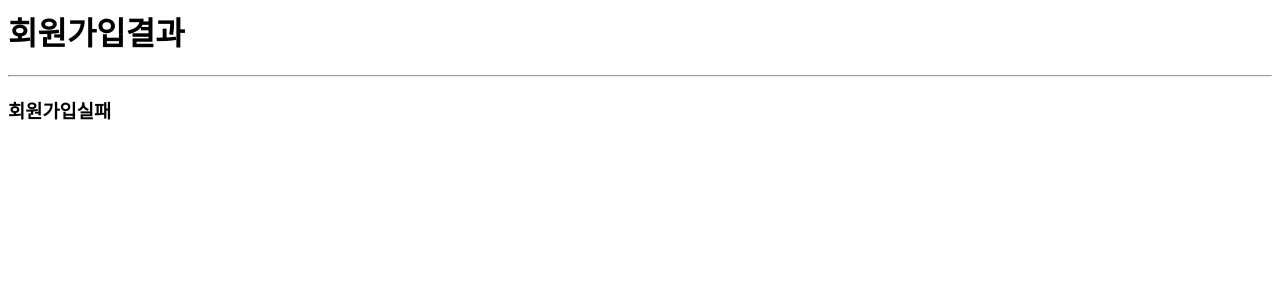
Repository: ParkHyeonju12/servlet
Page: http://localhost/03_dbProject/join.do
The author's editor kept a copy of each file at every save. The page is drawn from the files as they stood at one save, then again after the next save.
The browser window is 1280 px wide. The pictures show the whole page.
The page is served by Tomcat 9. Queries for data that is not in the repository find no rows.

Above is the page before, as saved 2022-08-30 02:06:17.

### web-workspace/03_dbProject/src/main/java/kr/or/iei/member/controller/JoinServlet.java
package kr.or.iei.member.controller;

import java.io.IOException;
import java.io.PrintWriter;

import javax.servlet.ServletException;
import javax.servlet.annotation.WebServlet;
import javax.servlet.http.HttpServlet;
import javax.servlet.http.HttpServletRequest;
import javax.servlet.http.HttpServletResponse;

import kr.or.iei.member.model.service.MemberService;
import kr.or.iei.member.model.vo.Member;

/**
 * Servlet implementation class JoinServlet
 */
@WebServlet(name = "Join", urlPatterns = { "/join.do" })
public class JoinServlet extends HttpServlet {
	private static final long serialVersionUID = 1L;

    /**
     * @see HttpServlet#HttpServlet()
     */
    public JoinServlet() {
        super();
        // TODO Auto-generated constructor stub
    }

	/**
	 * @see HttpServlet#doGet(HttpServletRequest request, HttpServletResponse response)
	 */
	protected void doGet(HttpServletRequest request, HttpServletResponse response) throws ServletException, IOException {
		//1.인코딩
		request.setCharacterEncoding("utf-8");
		//2. 값추출
		String memberId = request.getParameter("memberId");
		String memberPw = request.getParameter("memberPw");
		String memberName = request.getParameter("memberName");
		String memberPhone = request.getParameter("memberPhone");
		String memberAddr = request.getParameter("memberAddr");

		Member m = new Member();
		m.setMemberId(memberId);
		m.setMemberPw(memberPw);
		m.setMemberName(memberName);
		m.setMemberPhone(memberPhone);
		m.setMemberAddr(memberAddr);
		//3. 비지니스로직
		MemberService  service = new MemberService();
		int result = service.insertMember(m);
		//4. 결과처리
		response.setContentType("text/html;charset=utf-8");
		PrintWriter out = response.getWriter();
		out.println("<!DOCTYPE html");
		out.print("<html><head><title>회원가입결과</title></head>");
		out.print("<body>");
		out.print("<h1>회원가입결과</h1>");
		out.print("<hr>");
		if(result>0) {
			out.print("<h3>회원가입성공</h3>");
			out.print("<a href = '/html/loginFrm.html'>로그인하러가기</a>");
		}else {
			out.print("<h3>회원가입실패</h3>");
		}
		out.print("</body></html>");

	}

	/**
	 * @see HttpServlet#doPost(HttpServletRequest request, HttpServletResponse response)
	 */
	protected void doPost(HttpServletRequest request, HttpServletResponse response) throws ServletException, IOException {
		// TODO Auto-generated method stub
		doGet(request, response);
	}

}

### web-workspace/03_dbProject/src/main/java/kr/or/iei/member/model/vo/Member.java
package kr.or.iei.member.model.vo;

public class Member {
	private int memberNo;
	private String memberId;
	private String memberPw;
	private String memberName;
	private String memberPhone;
	private String memberAddr;

	private int memberLevel;
	private String enrollDate;

	public Member() {
		super();
		// TODO Auto-generated constructor stub
	}

	public Member(int memberNo, String memberId, String memberPw, String memberName, String memberPhone,
			String memberAddr, int memberLevel, String enrollDate) {
		super();
		this.memberNo = memberNo;
		this.memberId = memberId;
		this.memberPw = memberPw;
		this.memberName = memberName;
		this.memberPhone = memberPhone;
		this.memberAddr = memberAddr;
		this.memberLevel = memberLevel;
		this.enrollDate = enrollDate;
	}

	public int getMemberNo() {
		return memberNo;
	}

	public void setMemberNo(int memberNo) {
		this.memberNo = memberNo;
	}

	public String getMemberId() {
		return memberId;
	}

	public void setMemberId(String memberId) {
		this.memberId = memberId;
	}

	public String getMemberPw() {
		return memberPw;
	}

	public void setMemberPw(String memberPw) {
		this.memberPw = memberPw;
	}

	public String getMemberName() {
		return memberName;
	}

	public void setMemberName(String memberName) {
		this.memberName = memberName;
	}

	public String getMemberPhone() {
		return memberPhone;
	}

	public void setMemberPhone(String memberPhone) {
		this.memberPhone = memberPhone;
	}

	public String getMemberAddr() {
		return memberAddr;
	}

	public void setMemberAddr(String memberAddr) {
		this.memberAddr = memberAddr;
	}

	public int getMemberLevel() {
		return memberLevel;
	}

	public void setMemberLevel(int memberLevel) {
		this.memberLevel = memberLevel;
	}

	public String getEnrollDate() {
		return enrollDate;
	}

	public void setEnrollDate(String enrollDate) {
		this.enrollDate = enrollDate;
	}



}

### web-workspace/03_dbProject/src/main/java/kr/or/iei/member/model/service/MemberService.java
package kr.or.iei.member.model.service;

import java.sql.Connection;

import kr.or.iei.member.controller.JDBCTemplate;
import kr.or.iei.member.model.dao.MemberDao;
import kr.or.iei.member.model.vo.Member;

public class MemberService {
	private MemberDao dao;


	public MemberService() {
		super();
		dao = new MemberDao();
	}


	public int insertMember(Member m) {
		Connection conn = JDBCTemplate.getConnection();
		int result = dao.insertMember(conn,m);
		if(result>0) {
			JDBCTemplate.commit(conn);
		}else {
			JDBCTemplate.rollback(conn);
		}
		JDBCTemplate.close(conn);
		return result;
	}

}

### web-workspace/03_dbProject/src/main/java/kr/or/iei/member/model/dao/MemberDao.java
package kr.or.iei.member.model.dao;

import java.sql.Connection;
import java.sql.PreparedStatement;
import java.sql.SQLException;

import kr.or.iei.member.controller.JDBCTemplate;
import kr.or.iei.member.model.vo.Member;

public class MemberDao {

	public int insertMember(Connection conn, Member m) {
		PreparedStatement pstmt = null;
		int result = 0;
		String query = "insert into member_tbl values(member_seq.nextval,?,?,?,?,?,3,to_char(sysdate,'yyyy-mm-dd'))";

		try {
			pstmt = conn.prepareStatement(query);
			pstmt.setString(1, m.getMemberId());
			pstmt.setString(2, m.getMemberPw());
			pstmt.setString(3, m.getMemberName());
			pstmt.setString(4, m.getMemberPhone());
			pstmt.setString(5, m.getMemberAddr());
			result = pstmt.executeUpdate();
		}catch(SQLException e) {
			e.printStackTrace();
		}finally {
			JDBCTemplate.close(pstmt);
		}
				return result;
	}

}

### web-workspace/03_dbProject/src/main/java/kr/or/iei/member/controller/JDBCTemplate.java
package kr.or.iei.member.controller;

import java.sql.Connection;
import java.sql.DriverManager;
import java.sql.ResultSet;
import java.sql.SQLException;
import java.sql.Statement;

public class JDBCTemplate {

	//Connection 객체를 생성해서 리턴하는 메소드
	public static Connection getConnection() {
		Connection conn = null;
		try {
			Class.forName("oracle.jdbc.driver.OracleDriver");
			conn = DriverManager.getConnection("jdbc:oracle:thin:@127.0.0.1:1521:xe","webserver","1234");
			conn.setAutoCommit(false);//자동으로 commit하는 기능을 비활성화
		} catch (ClassNotFoundException e) {
			e.printStackTrace();
		} catch (SQLException e) {
			e.printStackTrace();
		}
		return conn;
	}

	public static void commit(Connection conn) {
		try {
			if(conn != null && !conn.isClosed()) {
				conn.commit();//보험장치
			}
			conn.commit();
		} catch (SQLException e) {
			e.printStackTrace();
		}
	}

	public static void rollback(Connection conn) {
		try {
			if(conn != null && !conn.isClosed()) {
				conn.rollback();//보험장치
			}
			conn.rollback();
		} catch (SQLException e) {
			e.printStackTrace();
		}
	}

	public static void close(Connection conn) {
		try {
			if(conn != null && !conn.isClosed()) {
				conn.close();
			}
		} catch (SQLException e) {
			e.printStackTrace();
		}
	}

	public static void close(Statement pstmt) {
		try {
			if(pstmt != null && !pstmt.isClosed()) {
				pstmt.close();
			}
		} catch (SQLException e) {
			e.printStackTrace();
		}
	}

	public static void close(ResultSet rset) {
		try {
			if(rset != null && !rset.isClosed()) {
				rset.close();
			}
		} catch (SQLException e) {
			e.printStackTrace();
		}
	}

}

After the next save:
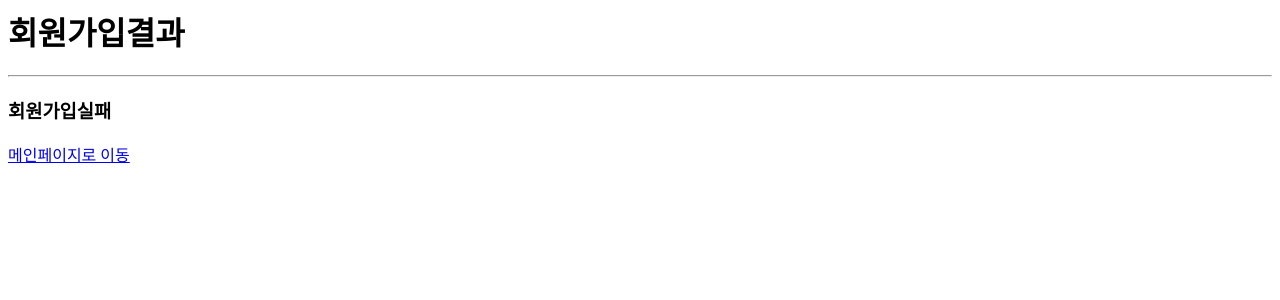
Saved 24 s later.
--- a/web-workspace/03_dbProject/src/main/java/kr/or/iei/member/controller/JoinServlet.java
+++ b/web-workspace/03_dbProject/src/main/java/kr/or/iei/member/controller/JoinServlet.java
@@ -62,6 +62,7 @@ public class JoinServlet extends HttpServlet {
 			out.print("<a href = '/html/loginFrm.html'>로그인하러가기</a>");
 		}else {
 			out.print("<h3>회원가입실패</h3>");
+			out.print("<a href='/'>메인페이지로 이동</a>");
 		}
 		out.print("</body></html>");
 
